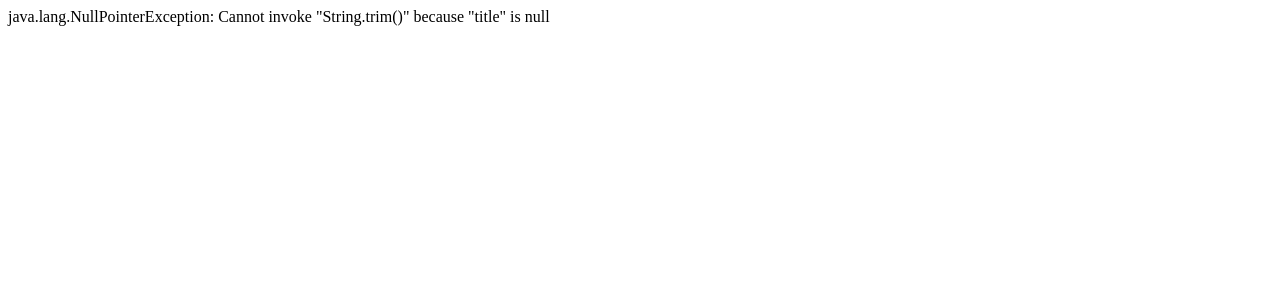
Repository: xzou4/CS221b
Page: http://localhost/fablix/search
These files come from the project's save history. The page is drawn as it stood at one moment and after the next save; the edit follows.
The browser window is 1280 px wide. The pictures show the whole page.
The page is served by Tomcat 9. Other server files are loaded and not shown.

Above is the page before, as saved 2017-02-10 04:42:49.

### fablix/src/search.java


import java.io.IOException;
import java.io.*;
import java.sql.*;
import java.sql.DriverManager;
import java.sql.PreparedStatement;
import java.text.SimpleDateFormat;

import javax.servlet.ServletException;
import javax.servlet.annotation.WebServlet;
import javax.servlet.http.HttpServlet;
import javax.servlet.http.HttpServletRequest;
import javax.servlet.http.HttpServletResponse;



/**
 * Servlet implementation class search
 */
@WebServlet("/search")
public class search extends HttpServlet {
	private static final long serialVersionUID = 1L;

    /**
     * @see HttpServlet#HttpServlet()
     */
    public search() {
        super();
        // TODO Auto-generated constructor stub
    }

	/**
	 * @see HttpServlet#doGet(HttpServletRequest request, HttpServletResponse response)
	 */
	protected void doGet(HttpServletRequest request, HttpServletResponse response) throws ServletException, IOException {
		// TODO Auto-generated method stub
		//response.getWriter().append("Served at: ").append(request.getContextPath());
		String loginUser = "root";
		String loginPassword = "281313";

		String loginUrl = "jdbc:mysql://localhost:3306/moviedb";

        response.setContentType("text/html");    // Response mime type

        // Output stream to STDOUT
        PrintWriter out = response.getWriter();

        try
        {
           //Class.forName("org.gjt.mm.mysql.Driver");
           Class.forName("com.mysql.jdbc.Driver").newInstance();

           Connection dbcon = DriverManager.getConnection(loginUrl, loginUser, loginPassword);
           // Declare our statement
           //if (request.getParameter("Search") != null)
           //{

           String title = request.getParameter("title");
           String year = request.getParameter("year");
           String director = request.getParameter("director");
           String firstname = request.getParameter("first_name");
           String lastname = request.getParameter("last_name");

           Statement statement = dbcon.createStatement();
           String query = "select * from movies where(";
           if (title.trim().length() != 0)
        	   query += "title like '" + title + "' and";
           if (year.trim().length() != 0)
        	   query += " year like '" + year + "' and";
           if (director.trim().length() != 0)
        	   query += " director like '" + director + "' and";
           if (firstname.trim().length() != 0 && lastname.trim().length() != 0)
        	   query += " first_name like '" + firstname + "' and last_name like '" + lastname + "'";
           else if (firstname.trim().length() != 0)
        	   query += " first_name like '" + firstname + "'";
           else if (lastname.trim().length() != 0)
        	   query += " last_name like '" + lastname + "'";

           if (query.substring(query.length() - 3, query.length()).equals("and"))
        	   query = query.substring(0, query.length() - 3);
           query += ");";
        // Perform the query

           ResultSet movies = statement.executeQuery(query);

           while(movies.next())
           {
        	   out.println("<BODY BGCOLOR=\"#FDF5E6\">\n" +
        			   		"<TABLE BORDER=1 ALIGN=\"CENTER\">\n" +
        			   		"<TR BGCOLOR=\"#FFAD00\">\n" +
        			   		"  <TH>Info Type<TH>Value\n" +
        			   		"<TR>\n" +
        			   		"  <TD>ID\n" +
        			   		"  <TD>" + movies.getInt(1) + "\n" +
        			   		"<TR>\n" +
        			   		"  <TD>title\n" +
        			   		"  <TD>" + movies.getString(2) + "\n" +
        			   		"<TR>\n" +
        			   		"  <TD>Year\n" +
        			   		"  <TD>" + movies.getInt(3) + "\n" +
        			   		"<TR>\n" +
        			   		"  <TD>Director\n" +
        			   		"  <TD>" + movies.getString(4) + "\n" +
        			   		"<TR>\n" +
        			   		"  <TD>Banner\n" +
        			   		"  <TD>" + movies.getString(5) + "\n" +
        			   		"<TR>\n" +
        			   		"  <TD>Trailer\n" +
        			   		"  <TD>" + movies.getString(6) + "\n" +

        			   		"</TR>"+
        			   		"</TABLE>\n");
           }
           out.println("</BODY></HTML>");
           movies.close();
           dbcon.close();
           statement.close();

        }
        catch (Exception e)
        {
        	out.println(e);
        }
	}

	/**
	 * @see HttpServlet#doPost(HttpServletRequest request, HttpServletResponse response)
	 */
	protected void doPost(HttpServletRequest request, HttpServletResponse response) throws ServletException, IOException {
		// TODO Auto-generated method stub
		doGet(request, response);
	}

}

After the next save:
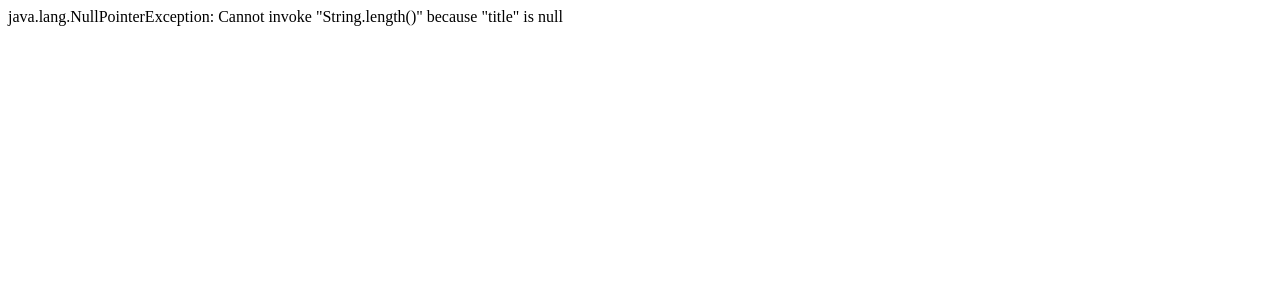
Saved 20 min 38 s later.
--- a/fablix/src/search.java
+++ b/fablix/src/search.java
@@ -63,25 +63,32 @@ public class search extends HttpServlet {
            String lastname = request.getParameter("last_name");
 
            Statement statement = dbcon.createStatement();
-           String query = "select * from movies where(";
-           if (title.trim().length() != 0)
-        	   query += "title like '" + title + "' and";
-           if (year.trim().length() != 0)
-        	   query += " year like '" + year + "' and";
-           if (director.trim().length() != 0)
-        	   query += " director like '" + director + "' and";
-           if (firstname.trim().length() != 0 && lastname.trim().length() != 0)
-        	   query += " first_name like '" + firstname + "' and last_name like '" + lastname + "'";
-           else if (firstname.trim().length() != 0)
-        	   query += " first_name like '" + firstname + "'";
-           else if (lastname.trim().length() != 0)
-        	   query += " last_name like '" + lastname + "'";
+           String query = new String();
+           if (title.length() == 0 && year.length() == 0 && director.length() == 0 &&
+        		   firstname.length() == 0 && lastname.length() == 0)
+        	   query = "select * from movies";
+           else
+           {
+        	   query = "select * from movies where(";
 
-           if (query.substring(query.length() - 3, query.length()).equals("and"))
-        	   query = query.substring(0, query.length() - 3);
-           query += ");";
+	           if (title.trim().length() != 0)
+	        	   query += "title like '" + title + "' and";
+	           if (year.trim().length() != 0)
+	        	   query += " year like '" + year + "' and";
+	           if (director.trim().length() != 0)
+	        	   query += " director like '" + director + "' and";
+	           if (firstname.trim().length() != 0 && lastname.trim().length() != 0)
+	        	   query += " first_name like '" + firstname + "' and last_name like '" + lastname + "'";
+	           else if (firstname.trim().length() != 0)
+	        	   query += " first_name like '" + firstname + "'";
+	           else if (lastname.trim().length() != 0)
+	        	   query += " last_name like '" + lastname + "'";
+
+	           if (query.substring(query.length() - 3, query.length()).equals("and"))
+	        	   query = query.substring(0, query.length() - 3);
+	           query += ");";
         // Perform the query
-
+           }
            ResultSet movies = statement.executeQuery(query);
 
            while(movies.next())
